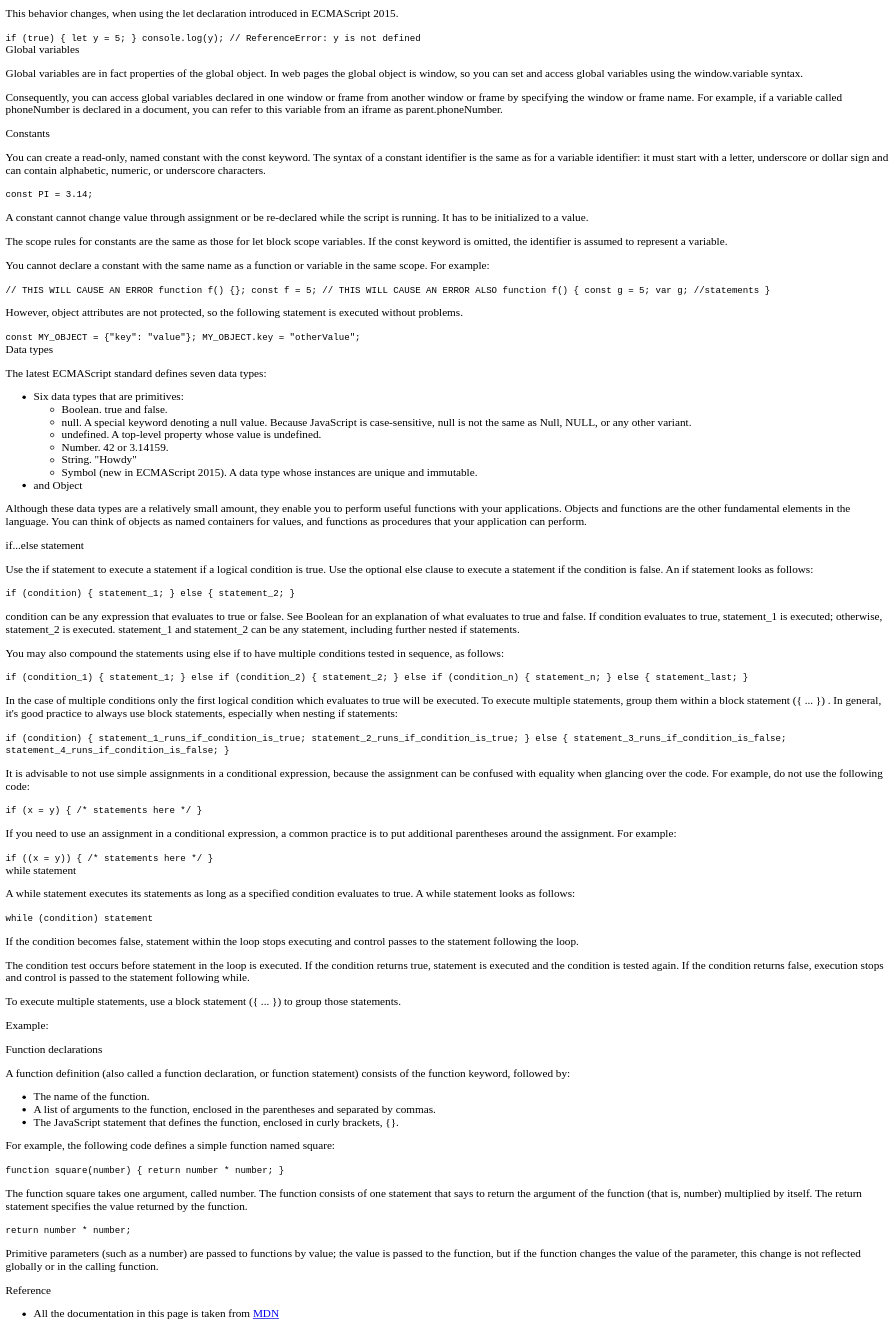
Repository: Lungdjos/technical_document_page_certificate
Page: index.html
An editor plug-in stored every save of this project. The page is shown before and after a run of saves, followed by the edit.
The browser window is 1280 px wide. The pictures show the part of the page from y = 1700 to 3620 px (the page is 3602 px tall before and 3620 px after), at 70% of full size.

Above is the page before, as saved 2023-11-20 23:01:36.

### index.html
<!DOCTYPE html>
<html lang="en">

<head>
    <meta charset="UTF-8">
    <meta name="viewport" content="width=device-width, initial-scale=1.0">
    <title>Technical Document</title>
    <link rel="stylesheet" href="./styles.css">
</head>

<body>
    <nav id="nav-bar">
        <header></header>
        <ul>
            <li>
                <a href="#Introduction" class="navlink">Introduction</a>
            </li>
            <li>
                <a href="#What_you_should_already_know" class="navlink">What you should already know</a>
            </li>
            <li>
                <a href="#JavaScript_and_Java" class="navlink">JavaScript and Java</a>
            </li>
            <li>
                <a href="#Hello_world" class="navlink">Hello world</a>
            </li>
            <li>
                <a href="#Variables" class="navlink">Variables</a>
            </li>
            <li>
                <a href="#Declaring_variables" class="navlink">Declaring variables</a>
            </li>
            <li>
                <a href="#Variable_scope" class="navlink">Variable scope</a>
            </li>
            <li>
                <a href="#Global_variables" class="navlink">Global variables</a>
            </li>
            <li>
                <a href="#Constants" class="navlink">Constants</a>
            </li>
            <li>
                <a href="#Data_types" class="navlink">Data types</a>
            </li>
            <li>
                <a href="#if...else_statement" class="navlink">if...else statement</a>
            </li>
            <li>
                <a href="#while_statement" class="navlink">while statement</a>
            </li>
            <li>
                <a href="#Function_declarations" class="navlink">Function declarations</a>
            </li>
            <li>
                <a href="#Reference" class="navlink">Reference</a>
            </li>
        </ul>
    </nav>
    <main id="main-doc">
        <section class="main-section" id="Introduction">
            <header id="">Introduction</header>
            <p>JavaScript is a cross-platform, object-oriented scripting language. It is a small and lightweight language. Inside a host environment (for example, a web browser), JavaScript can be connected to the objects of its environment to provide programmatic
                control over them.</p>
            <p>JavaScript contains a standard library of objects, such as Array, Date, and Math, and a core set of language elements such as operators, control structures, and statements. Core JavaScript can be extended for a variety of purposes by supplementing
                it with additional objects; for example:
                <ul>
                    <li>Client-side JavaScript extends the core language by supplying objects to control a browser and its Document Object Model (DOM). For example, client-side extensions allow an application to place elements on an HTML form and respond
                        to user events such as mouse clicks, form input, and page navigation.</li>
                    <li>Server-side JavaScript extends the core language by supplying objects relevant to running JavaScript on a server. For example, server-side extensions allow an application to communicate with a database, provide continuity of information
                        from one invocation to another of the application, or perform file manipulations on a server.</li>
                </ul>
            </p>

        </section>
        <section class="main-section" id="What_you_should_already_know">
            <header id="">What you should already know</header>
            <p>This guide assumes you have the following basic background:
                <ul>
                    <li>A general understanding of the Internet and the World Wide Web (WWW).</li>
                    <li>Good working knowledge of HyperText Markup Language (HTML).</li>
                    <li>Some programming experience. If you are new to programming, try one of the tutorials linked on the main page about JavaScript.</li>
                </ul>
            </p>

        </section>
        <section class="main-section" id="JavaScript_and_Java">
            <header id="">JavaScript and Java</header>
            <p>JavaScript and Java are similar in some ways but fundamentally different in some others. The JavaScript language resembles Java but does not have Java's static typing and strong type checking. JavaScript follows most Java expression syntax,
                naming conventions and basic control-flow constructs which was the reason why it was renamed from LiveScript to JavaScript.</p>
            <p>In contrast to Java's compile-time system of classes built by declarations, JavaScript supports a runtime system based on a small number of data types representing numeric, Boolean, and string values. JavaScript has a prototype-based object
                model instead of the more common class-based object model. The prototype-based model provides dynamic inheritance; that is, what is inherited can vary for individual objects. JavaScript also supports functions without any special declarative
                requirements. Functions can be properties of objects, executing as loosely typed methods.</p>
            <p>JavaScript is a very free-form language compared to Java. You do not have to declare all variables, classes, and methods. You do not have to be concerned with whether methods are public, private, or protected, and you do not have to implement
                interfaces. Variables, parameters, and function return types are not explicitly typed.</p>
        </section>
        <section class="main-section" id="Hello_world">
            <header id="">Hello world</header>
            <p>
                To get started with writing JavaScript, open the Scratchpad and write your first "Hello world" JavaScript code:</p>
            <code>function greetMe(yourName) { alert("Hello " + yourName); }
                greetMe("World");</code>
            <p>Select the code in the pad and hit Ctrl+R to watch it unfold in your browser!</p>
        </section>
        <section class="main-section" id="Variables">
            <header id="">Variables</header>
            <p>You use variables as symbolic names for values in your application. The names of variables, called identifiers, conform to certain rules.</p>
            <p>A JavaScript identifier must start with a letter, underscore (_), or dollar sign ($); subsequent characters can also be digits (0-9). Because JavaScript is case sensitive, letters include the characters "A" through "Z" (uppercase) and the
                characters "a" through "z" (lowercase).</p>
            <p>You can use ISO 8859-1 or Unicode letters such as å and ü in identifiers. You can also use the Unicode escape sequences as characters in identifiers. Some examples of legal names are Number_hits, temp99, and _name.</p>
        </section>
        <section class="main-section" id="Declaring_variables">
            <header id="">Declaring variables</header>
            <p>You can declare a variable in three ways:</p>
            <p>With the keyword var. For example,</p>
            <code>var x = 42.</code>
            <p>This syntax can be used to declare both local and global variables.</p>
            <p>By simply assigning it a value. For example,</p>
            <code>x = 42.</code><br>
            <p>This always declares a global variable. It generates a strict JavaScript warning. You shouldn't use this variant.</p>
            <p>With the keyword let. For example,</p>
            <code>let y = 13.</code>
            <p>This syntax can be used to declare a block scope local variable. See Variable scope below.</p>
        </section>
        <section class="main-section" id="Variable_scope">
            <header id="">Variable scope</header>
            <p>When you declare a variable outside of any function, it is called a global variable, because it is available to any other code in the current document. When you declare a variable within a function, it is called a local variable, because it
                is available only within that function.</p>
            <p>JavaScript before ECMAScript 2015 does not have block statement scope; rather, a variable declared within a block is local to the function (or global scope) that the block resides within. For example the following code will log 5, because
                the scope of x is the function (or global context) within which x is declared, not the block, which in this case is an if statement.</p>
            <code>if (true) { var x = 5; } console.log(x); // 5</code>
            <p>This behavior changes, when using the let declaration introduced in ECMAScript 2015.</p>
            <code>if (true) { let y = 5; } console.log(y); // ReferenceError: y is
                not defined</code>
        </section>
        <section class="main-section" id="Global_variables">
            <header id="">Global variables</header>
            <p>Global variables are in fact properties of the global object. In web pages the global object is window, so you can set and access global variables using the window.variable syntax.</p>
            <p>Consequently, you can access global variables declared in one window or frame from another window or frame by specifying the window or frame name. For example, if a variable called phoneNumber is declared in a document, you can refer to this
                variable from an iframe as parent.phoneNumber.</p>
        </section>
        <section class="main-section" id="Constants">
            <header id="">Constants</header>
            <p>You can create a read-only, named constant with the const keyword. The syntax of a constant identifier is the same as for a variable identifier: it must start with a letter, underscore or dollar sign and can contain alphabetic, numeric, or
                underscore characters.</p>
            <code>const PI = 3.14;</code>
            <p>A constant cannot change value through assignment or be re-declared while the script is running. It has to be initialized to a value.</p>
            <p>The scope rules for constants are the same as those for let block scope variables. If the const keyword is omitted, the identifier is assumed to represent a variable.</p>
            <p>You cannot declare a constant with the same name as a function or variable in the same scope. For example:</p>
            <code>// THIS WILL CAUSE AN ERROR function f() {}; const f = 5; // THIS
                WILL CAUSE AN ERROR ALSO function f() { const g = 5; var g;
                //statements }</code>
            <p>However, object attributes are not protected, so the following statement is executed without problems.</p>
            <code>const MY_OBJECT = {"key": "value"}; MY_OBJECT.key =
                "otherValue";</code>
        </section>
        <section class="main-section" id="Data_types">
            <header id="">Data types</header>
            <p>The latest ECMAScript standard defines seven data types:
                <ul>
                    <li>Six data types that are primitives:
                        <ul>
                            <li>Boolean. true and false.</li>
                            <li>null. A special keyword denoting a null value. Because JavaScript is case-sensitive, null is not the same as Null, NULL, or any other variant.</li>
                            <li>undefined. A top-level property whose value is undefined.</li>
                            <li>Number. 42 or 3.14159.</li>
                            <li>String. "Howdy"</li>
                            <li>Symbol (new in ECMAScript 2015). A data type whose instances are unique and immutable.</li>
                        </ul>
                    </li>
                    <li>and Object</li>
                </ul>
            </p>
            <p>Although these data types are a relatively small amount, they enable you to perform useful functions with your applications. Objects and functions are the other fundamental elements in the language. You can think of objects as named containers
                for values, and functions as procedures that your application can perform.</p>
        </section>
        <section class="main-section" id="if...else_statement">
            <header id="">if...else statement</header>
            <p>Use the if statement to execute a statement if a logical condition is true. Use the optional else clause to execute a statement if the condition is false. An if statement looks as follows:</p>
            <code>if (condition) { statement_1; } else { statement_2; }</code>
            <p>condition can be any expression that evaluates to true or false. See Boolean for an explanation of what evaluates to true and false. If condition evaluates to true, statement_1 is executed; otherwise, statement_2 is executed. statement_1 and
                statement_2 can be any statement, including further nested if statements.</p>
            <p>You may also compound the statements using else if to have multiple conditions tested in sequence, as follows:</p>
            <code>if (condition_1) { statement_1; } else if (condition_2) {
                statement_2; } else if (condition_n) { statement_n; } else {
                statement_last; }</code>
            <p>In the case of multiple conditions only the first logical condition which evaluates to true will be executed. To execute multiple statements, group them within a block statement ({ ... }) . In general, it's good practice to always use block
                statements, especially when nesting if statements:</p>
            <code>if (condition) { statement_1_runs_if_condition_is_true;
                statement_2_runs_if_condition_is_true; } else {
                statement_3_runs_if_condition_is_false;
                statement_4_runs_if_condition_is_false; }</code>
            <p>It is advisable to not use simple assignments in a conditional expression, because the assignment can be confused with equality when glancing over the code. For example, do not use the following code:</p>
            <code>if (x = y) { /* statements here */ }</code>
            <p>If you need to use an assignment in a conditional expression, a common practice is to put additional parentheses around the assignment. For example:</p>
            <code>if ((x = y)) { /* statements here */ }</code>
        </section>
        <section class="main-section" id="while_statement">
            <header id="">while statement</header>
            <p>A while statement executes its statements as long as a specified condition evaluates to true. A while statement looks as follows:</p>
            <code>while (condition) statement</code>
            <p>If the condition becomes false, statement within the loop stops executing and control passes to the statement following the loop.</p>
            <p>The condition test occurs before statement in the loop is executed. If the condition returns true, statement is executed and the condition is tested again. If the condition returns false, execution stops and control is passed to the statement
                following while.</p>
            <p>To execute multiple statements, use a block statement ({ ... }) to group those statements.</p>
            <p>Example: <br>
            </p>
        </section>
        <section class="main-section" id="Function_declarations">
            <header id="">Function declarations</header>
            <p>A function definition (also called a function declaration, or function statement) consists of the function keyword, followed by:
                <ul>
                    <li>The name of the function.</li>
                    <li>A list of arguments to the function, enclosed in the parentheses and separated by commas.</li>
                    <li>The JavaScript statement that defines the function, enclosed in curly brackets, {}.</li>
                </ul>
            </p>
            <p>For example, the following code defines a simple function named square:</p>
            <code>function square(number) { return number * number; }</code>
            <p>The function square takes one argument, called number. The function consists of one statement that says to return the argument of the function (that is, number) multiplied by itself. The return statement specifies the value returned by the
                function.
            </p>
            <code>return number * number;</code>
            <p>Primitive parameters (such as a number) are passed to functions by value; the value is passed to the function, but if the function changes the value of the parameter, this change is not reflected globally or in the calling function.</p>
        </section>
        <section class="main-section" id="Reference">
            <header id="">Reference</header>
            <ul>
                <li>All the documentation in this page is taken from
                    <a href="https://developer.mozilla.org/en-US/docs/Web/JavaScript/Guide" target="_blank">MDN</a>
                </li>
            </ul>
        </section>
    </main>
</body>

</html>

### styles.css
/* A technical document page stylings */

After the next 2 saves:
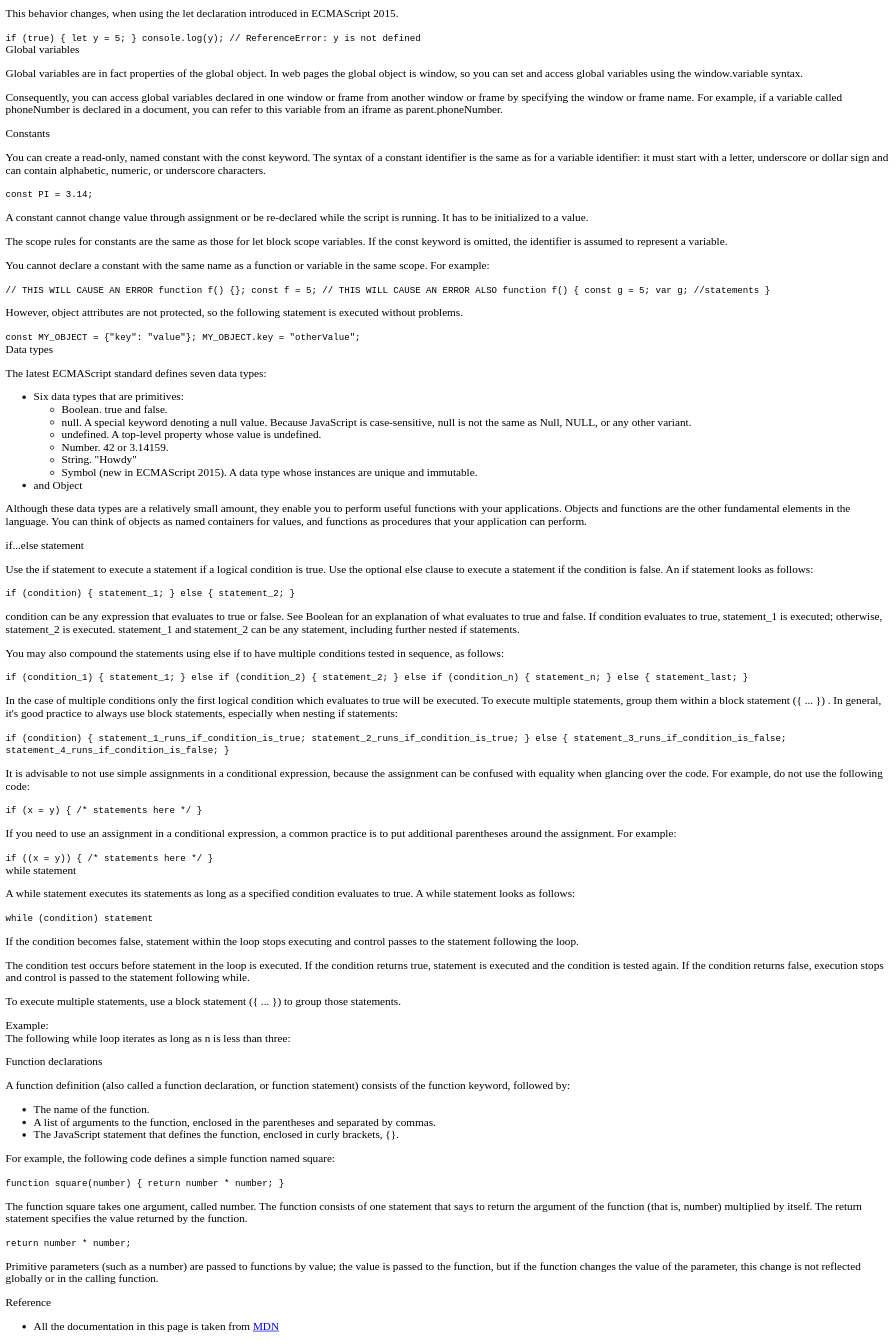
The 2 saves are shown as one change because they came seconds apart.
The last was saved 10 s later.
--- a/index.html
+++ b/index.html
@@ -202,8 +202,7 @@
             <p>The condition test occurs before statement in the loop is executed. If the condition returns true, statement is executed and the condition is tested again. If the condition returns false, execution stops and control is passed to the statement
                 following while.</p>
             <p>To execute multiple statements, use a block statement ({ ... }) to group those statements.</p>
-            <p>Example: <br>
-            </p>
+            <p>Example: <br> The following while loop iterates as long as n is less than three:</p>
         </section>
         <section class="main-section" id="Function_declarations">
             <header id="">Function declarations</header>
